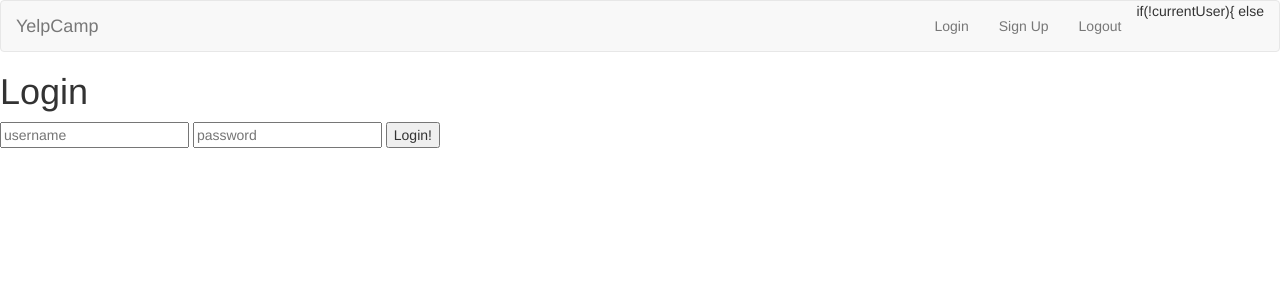
Repository: Bhitt/Cloud9_Projects
Page: http://localhost/login
The author's editor kept a record of every edit. The page is drawn from the files as they stood at one moment, then again after the next edit.
The browser window is 1280 px wide. The pictures show the whole page.
The page is served by the project's Node server (YelpCamp/v6/app.js). Other server files are loaded and not shown.

Above is the page before.

### webdevbootcamp/workspace/YelpCamp/v6/views/login.ejs
<% include ./partials/header %>

<h1>Login</h1>

<form action="/login" method="POST">
    <input type="text" name="username" placeholder="username">
    <input type="password" name="password" placeholder="password">
    <input type="submit" value="Login!">
</form>

<% include ./partials/footer %>

### webdevbootcamp/workspace/YelpCamp/v6/views/partials/header.ejs
<DOCTYPE html>
<html>
    <head>
        <title>YelpCamp</title>
        <link rel="stylesheet" href="https://maxcdn.bootstrapcdn.com/bootstrap/3.3.7/css/bootstrap.min.css">
        <link rel="stylesheet" href="/stylesheets/main.css">
    </head>
    <body>


    <nav class="navbar navbar-default">
        <div class="container-fluid">
            <div class="navbar-header">
                <a class="navbar-brand" href="/">YelpCamp</a>
            </div>
            <div class="collapse navbar-collapse">
                <ul class="nav navbar-nav navbar-right">
                    if(!currentUser){
                        <li> <a href="/login">Login</a> </li>
                        <li> <a href="/register">Sign Up</a> </li>
                    else
                        <li> <a href="/logout">Logout</a> </li>
                </ul>
            </div>
        </div>
    </nav>

### webdevbootcamp/workspace/YelpCamp/v6/app.js
var express     = require("express"),
    app         = express(),
    bodyParser  = require("body-parser"),
    mongoose    = require("mongoose"),
    passport    = require("passport"),
    LocalStrategy = require("passport-local"),
    Campground  = require("./models/campground"),
    Comment     = require("./models/comment"),
    User        = require("./models/user"),
    seedDB      = require("./seeds");


mongoose.connect("mongodb://localhost/yelp_camp_v6");
app.use(bodyParser.urlencoded({extended: true}));
app.set("view engine", "ejs");
app.use(express.static(__dirname + "/public"));
seedDB();


// PASSPORT CONFIGURATION
app.use(require("express-session")({
    secret: "The man who passes the sentence should swing the sword",
    resave: false,
    saveUninitialized: false
}));
app.use(passport.initialize());
app.use(passport.session());
passport.use(new LocalStrategy(User.authenticate()));
passport.serializeUser(User.serializeUser());
passport.deserializeUser(User.deserializeUser());

app.use(function(req,res,next){
    res.locals.currentUser = req.user;
    next();
});

app.get("/", function(req, res){
    res.render("landing");
});

//INDEX - Show all campgrounds
app.get("/campgrounds", function(req, res){
    //Get all campgrounds from db
    Campground.find({}, function(err, allCampgrounds){
        if(err){
            console.log(err);
        }else{
            // res.render("campgrounds/index", {campgrounds: allCampgrounds, currentUser: req.user});  //sends the current user info to this specific page, overwritten at top to send to every page for header
            res.render("campgrounds/index", {campgrounds: allCampgrounds});
        }
    });
});


//CREATE - add new campground to db
app.post("/campgrounds", function(req, res){
    //get data from form and add to campgrounds array
    var name = req.body.name;
    var image = req.body.image;
    var desc = req.body.description;
    var newCampground = {name: name, image: image, description:desc};
    //Create a new campground and save to the db
    Campground.create(newCampground, function(err, newlyCreated){
       if(err){
            console.log(err);
       }else{
            res.redirect("campgrounds");
       }
    });
    //redirect back to campgrounds page
});



//NEW - show form to create a new campground
app.get("/campgrounds/new", function(req, res){
   res.render("campgrounds/new");
});




//SHOW - shows more info about one campground
app.get("/campgrounds/:id", function(req, res){
    //find the campground with the provided ID
    Campground.findById(req.params.id).populate("comments").exec(function(err, foundCampground){
        if(err){
            console.log(err);
        }else{
            console.log(foundCampground);
            //render show template with that campground
            res.render("campgrounds/show", {campground:foundCampground});
        }
    });
});


// ============================================
// COMMENTS ROUTES
// ============================================
app.get("/campgrounds/:id/comments/new", isLoggedIn, function(req,res){
    //find campground by id
    Campground.findById(req.params.id, function(err, campground){
       if(err){
           console.log(err);
       } else {
           res.render("comments/new", {campground: campground});
       }
    });
});

app.post("/campgrounds/:id/comments", isLoggedIn, function(req, res){
   //lookup campground using ID
   Campground.findById(req.params.id, function(err, campground){
       if(err){
           console.log(err);
           res.redirect("/campgrounds");
       } else {
           Comment.create(req.body.comment, function(err, comment){
              if(err){
                  console.log(err);
              } else {
                  campground.comments.push(comment);
                  campground.save();
                  res.redirect("/campgrounds/"+ campground._id);
              }
           });
       }
   });
});

//=========================
// AUTH ROUTES
//=========================

//show register form
app.get("/register", function(req, res){
   res.render("register");
});
//handle sign up logic
app.post("/register", function(req, res){
    var newUser = new User({username: req.body.username});
    User.register(newUser, req.body.password, function(err, user){
        if(err){
            console.log(err);
            res.render("register");
        }
        passport.authenticate("local")(req, res, function(){
            res.redirect("/campgrounds");
        });
    });
});

//show login form
app.get("/login", function(req, res){
   res.render("login");
});
//handle login logic
app.post("/login", passport.authenticate("local",
    {
        successRedirect:"/campgrounds",
        failureRedirect: "/login"

    }), function(req, res){ //empty callback after middleware
});

//logout route
app.get("/logout", function(req,res){
    req.logout();
    res.redirect("/campgrounds");
});

function isLoggedIn(req, res, next){
    if(req.isAuthenticated()){
        return next();
    }
    res.redirect("/login");
}


app.listen(process.env.PORT, process.env.IP, function(){
    console.log("YelpCamp Server has started");
});

### webdevbootcamp/workspace/YelpCamp/v6/public/stylesheets/main.css
.thumbnail img {
    width:100%;
}

.thumbnail {
    padding:0;
}

.thumbnail .caption-full {
    padding:9px;
}

Loaded but not shown: webdevbootcamp/workspace/YelpCamp/v6/views/partials/footer.ejs (common file)

After the next edit:
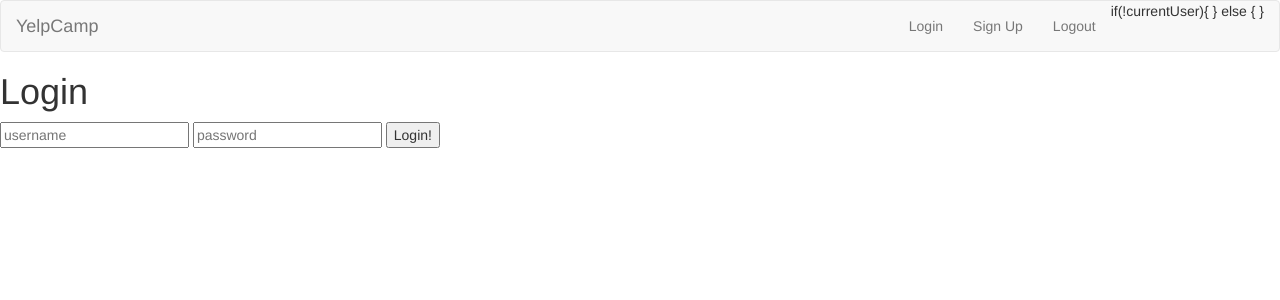
The edit:
--- a/webdevbootcamp/workspace/YelpCamp/v6/views/partials/header.ejs
+++ b/webdevbootcamp/workspace/YelpCamp/v6/views/partials/header.ejs
@@ -18,8 +18,9 @@
                     if(!currentUser){
                         <li> <a href="/login">Login</a> </li>
                         <li> <a href="/register">Sign Up</a> </li>
-                    else
+                    } else {
                         <li> <a href="/logout">Logout</a> </li>
+                    }
                 </ul>
             </div>
         </div>
